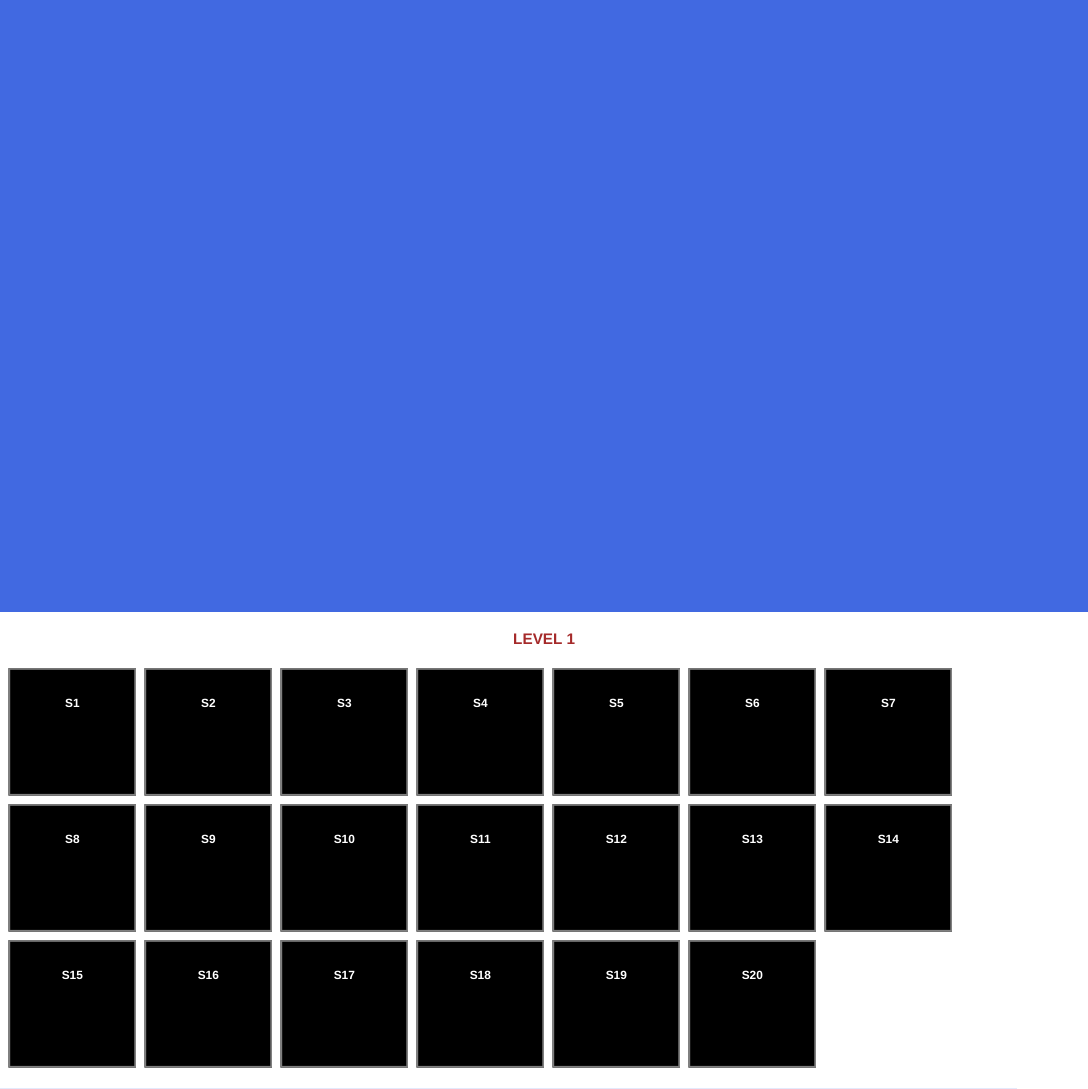
Repository: Shenba-Ps/Jsp-Servlet-B
Page: http://localhost/Test/Booking.jsp
An editor plug-in stored every save of this project. The page is shown before and after the next save, followed by the edit.
The browser window is 1280 px wide. The pictures show the whole page, at 85% of full size.
The page is served by Tomcat 9. Other server files are loaded and not shown.

Above is the page before, as saved 2023-06-15 13:21:47.

### Test/src/main/webapp/Booking.jsp
<!DOCTYPE HTML><%@page language="java"
	contentType="text/html; charset=ISO-8859-1" pageEncoding="ISO-8859-1"%>
<html>
<head>
<title>Booking</title>
<meta http-equiv="Content-Type" content="text/html; charset=ISO-8859-1">
<link rel="stylesheet" href="Plugins/Boostrap.css">
<link rel="stylesheet" href="Script/Common.css">
<script src="Plugins/jQuery.js"></script>
<script src="Plugins/bootstrap.js"></script>
<script src="Script/Booking.js"></script>
</head>
<body>
	<div style="height: 100vh; background-color: #4169E1;"></div>
	<div>
		<div class="Level1">
			<div class="Title form-group" style="text-align: center;">LEVEL
				1</div>
			<div class="row">
				<div class="col-md-2 Slot Free">
					<div class="SlotName">S1</div>
				</div>
				<div class="col-md-2 Slot Free">
					<div class="SlotName">S2</div>
				</div>
				<div class="col-md-2 Slot Free">
					<div class="SlotName">S3</div>
				</div>
				<div class="col-md-2 Slot Free">
					<div class="SlotName">S4</div>
				</div>
				<div class="col-md-2 Slot Free">
					<div class="SlotName">S5</div>
				</div>
				<div class="col-md-2 Slot Free">
					<div class="SlotName">S6</div>
				</div>
				<div class="col-md-2 Slot Free">
					<div class="SlotName">S7</div>
				</div>
				<div class="col-md-2 Slot Free">
					<div class="SlotName">S8</div>
				</div>
				<div class="col-md-2 Slot Free">
					<div class="SlotName">S9</div>
				</div>
				<div class="col-md-2 Slot Free">
					<div class="SlotName">S10</div>
				</div>
				<div class="col-md-2 Slot Free">
					<div class="SlotName">S11</div>
				</div>
				<div class="col-md-2 Slot Free">
					<div class="SlotName">S12</div>
				</div>
				<div class="col-md-2 Slot Free">
					<div class="SlotName">S13</div>
				</div>
				<div class="col-md-2 Slot Free">
					<div class="SlotName">S14</div>
				</div>
				<div class="col-md-2 Slot Free">
					<div class="SlotName">S15</div>
				</div>
				<div class="col-md-2 Slot Free">
					<div class="SlotName">S16</div>
				</div>
				<div class="col-md-2 Slot Free">
					<div class="SlotName">S17</div>
				</div>
				<div class="col-md-2 Slot Free">
					<div class="SlotName">S18</div>
				</div>
				<div class="col-md-2 Slot Free">
					<div class="SlotName">S19</div>
				</div>
				<div class="col-md-2 Slot Free">
					<div class="SlotName">S20</div>
				</div>
			</div>
		</div>
	</div>
	<!-- Modal -->
	<div class="modal fade" data-backdrop="static" id="mdlCustomerDetail"
		role="dialog">
		<div class="modal-dialog" style="width: 70%;">
			<!-- Modal content-->
			<div class="modal-content">
				<div class="modal-body">
					<div class="Title form-group" style="text-align: center;">Please
						enter your booking information</div>
					<div class="row form-group">
						<div class="col-xs-3 RightAlign">
							<label>Name</label>
						</div>
						<div class="col-xs-6">
							<input class="form-control" type="text" id="idName" name="nmName">
							<div class="ControlErrorMessage" id="errName"></div>
						</div>
					</div>
					<div class="row form-group">
						<div class="col-xs-3 RightAlign">
							<label>Address</label>
						</div>
						<div class="col-xs-6">
							<textarea class="form-control" id="idAddress" name="nmAddress"></textarea>
							<div class="ControlErrorMessage" id="errAddress"></div>
						</div>
					</div>
					<div class="row form-group">
						<div class="col-xs-3 RightAlign">
							<label>NRIC</label>
						</div>
						<div class="col-xs-6">
							<input class="form-control" type="text" id="idNRIC" name="nmNRIC">
							<div class="ControlErrorMessage" id="errNRIC"></div>
						</div>
					</div>
					<div class="row form-group">
						<div class="col-xs-3 RightAlign">
							<label>Usage Trade</label>
						</div>
						<div class="col-xs-6">
							<select class="form-control" name="UsageTrade" id="idUsageTrade">
								<option value="Credit Card Promotion">Credit Card
									Promotion</option>
								<option value="F&B">F&B</option>
								<option value="Hairdressing">Hairdressing</option>
								<option value="Clothing">Clothing</option>
								<option value="Others">Others</option>
							</select>
							<div class="ControlErrorMessage" id="errUserTrade"></div>
						</div>
					</div>
					<div class="row form-group">
						<div class="col-xs-3 RightAlign">
							<label>Others</label>
						</div>
						<div class="col-xs-6">
							<input class="form-control" type="text" id="idOthers"
								name="nmOthers">
							<div class="ControlErrorMessage" id="errOthers"></div>
						</div>
					</div>
					<div class="row form-group">
						<div class="col-xs-3 RightAlign">
							<label>Email</label>
						</div>
						<div class="col-xs-6">
							<input class="form-control" type="text" id="idEmail"
								name="nmEmail">
							<div class="ControlErrorMessage" id="errEmail"></div>
						</div>
					</div>
					<div class="row form-group">
						<div class="col-xs-3 RightAlign">
							<label>Home</label>
						</div>
						<div class="col-xs-6">
							<input class="form-control PhoneNumber" type="text"
								id="idHomeTel" name="nmHome" maxlength="8">
							<div class="ControlErrorMessage" id="errHomeTel"></div>
						</div>
					</div>
					<div class="row form-group">
						<div class="col-xs-3 RightAlign">
							<label>Office</label>
						</div>
						<div class="col-xs-6">
							<input class="form-control PhoneNumber" type="text"
								id="idOfficeTel" name="nmOffice" maxlength="8">
							<div class="ControlErrorMessage" id="errOfficeTel"></div>
						</div>
					</div>
					<div class="row form-group">
						<div class="col-xs-3 RightAlign">
							<label>Mobile</label>
						</div>
						<div class="col-xs-6">
							<input class="form-control PhoneNumber" type="text" id="idMobile"
								name="nmMobile" maxlength="8">
							<div class="ControlErrorMessage" id="errMobile"></div>
						</div>
					</div>
					<div class="row form-group">
						<div class="col-xs-3 RightAlign">
							<label>Booking Date</label>
						</div>
						<div class="col-xs-6">
							<input class="form-control" type="date" id="idBookingDate"
								name="nmBookingDate">
							<div class="ControlErrorMessage" id="errBookingDate"></div>
						</div>
					</div>
				</div>
				<div class="modal-footer">
					<button type="button" class="btn btn-primary"
						onclick="onclickBookSlot()">Book Slot</button>
					<button type="button" class="btn btn-primary" id="btnBookSlot"
						style="display: none;"></button>
					<div class="ControlErrorMessage" id="errBookingSlot"></div>
				</div>
			</div>
		</div>
	</div>
	</div>
</body>
</html>

### Test/src/main/webapp/Script/Common.css
.Title {
	font-size: 18px;
	color: brown;
	font-weight: bold;
}

.RightAlign {
	text-align: center;
}

.ControlError {
	border: 2px solid red;
}

.ControlErrorMessage {
	color: red;
	font-weight: 600;
}

.Level1 {
	padding: 20px;
}

.Slot {
	border: 2px solid gray;
	margin: 5px;
	height: 150px;
	width: 150px;
}

.Free {
	background-color: black;
	color: white;
	font-weight: 600;
	text-align: center;
}

.SlotName {
	height: 100%;
	padding-top: 25%;
}

.Booked {
	background-color: gray;
	color: white;
	font-weight: 600;
	text-align: center;
}

### Test/src/main/webapp/Script/Booking.js
$(function() {
	//OpenCustomerDetail();
});

function OpenCustomerDetail() {
	$('#mdlCustomerDetail').modal('show');
}

function onclickBookSlot() {
	$('#idName').removeClass("ControlError");
	$('#errName').hide();
	$('#idAddress').removeClass("ControlError");
	$('#errAddress').hide();
	$('#idNRIC').removeClass("ControlError");
	$('#errNRIC').hide();
	$('#idUsageTrade').removeClass("ControlError");
	$('#errUsageTrade').hide();
	$('#idOthers').removeClass("ControlError");
	$('#errOthers').hide();
	$('#idEmail').removeClass("ControlError");
	$('#errEmail').hide();
	$('#idHomeTel').removeClass("ControlError");
	$('#errHomeTel').hide();
	$('#idNOfficeTel').removeClass("ControlError");
	$('#errOfficeTel').hide();
	$('#idMobile').removeClass("ControlError");
	$('#errMobile').hide();
	$('#idBookingDate').removeClass("ControlError");
	$('#errBookingDate').hide();
	if ($('#idName').val() == "") {
		$('#idName').addClass("ControlError");
		$('#errName').html("* Please enter your name");
		$('#errName').show();
	}
	if ($('#idAddress').val() == "") {
		$('#idAddress').addClass("ControlError");
		$('#errAddress').html("* Please enter your address");
		$('#errAddress').show();
	}
	if ($('#idNRIC').val() == "") {
		$('#idNRIC').addClass("ControlError");
		$('#errNRIC').html("* Please enter your NRIC");
		$('#errNRIC').show();
	}
	if ($('#idUsageTrade').val() == "") {
		$('#idUsageTrade').addClass("ControlError");
		$('#errUsageTrade').html("* Please select usage trade");
		$('#errUsageTrade').show();
	}
	if ($('#idOthers').val() == "") {
		$('#idOthers').addClass("ControlError");
		$('#errOthers').html("* Please enter usage trade details");
		$('#errOthers').show();
	}
	if ($('#idEmail').val() == "") {
		$('#idEmail').addClass("ControlError");
		$('#errEmail').html("* Please enter your email");
		$('#errEmail').show();
	}
	if ($('#idHomeTel').val() == "") {
		$('#idHomeTel').addClass("ControlError");
		$('#errHomeTel').html("* Please enter your home number");
		$('#errHomeTel').show();
	}
	if ($('#idOfficeTel').val() == "") {
		$('#idOfficeTel').addClass("ControlError");
		$('#errOfficeTel').html("* Please enter your office number");
		$('#errOfficeTel').show();
	}
	if ($('#idMobile').val() == "") {
		$('#idMobile').addClass("ControlError");
		$('#errMobile').html("* Please enter your mobile number");
		$('#errMobile').show();
	}
	if ($('#idBookingDate').val() == "") {
		$('#idBookingDate').addClass("ControlError");
		$('#errBookingDate').html("* Please select booking date");
		$('#errBookingDate').show();
	}
}

Loaded but not shown: Test/src/main/webapp/Plugins/Boostrap.css (library); Test/src/main/webapp/Plugins/jQuery.js (library); Test/src/main/webapp/Plugins/bootstrap.js (library)

After the next save:
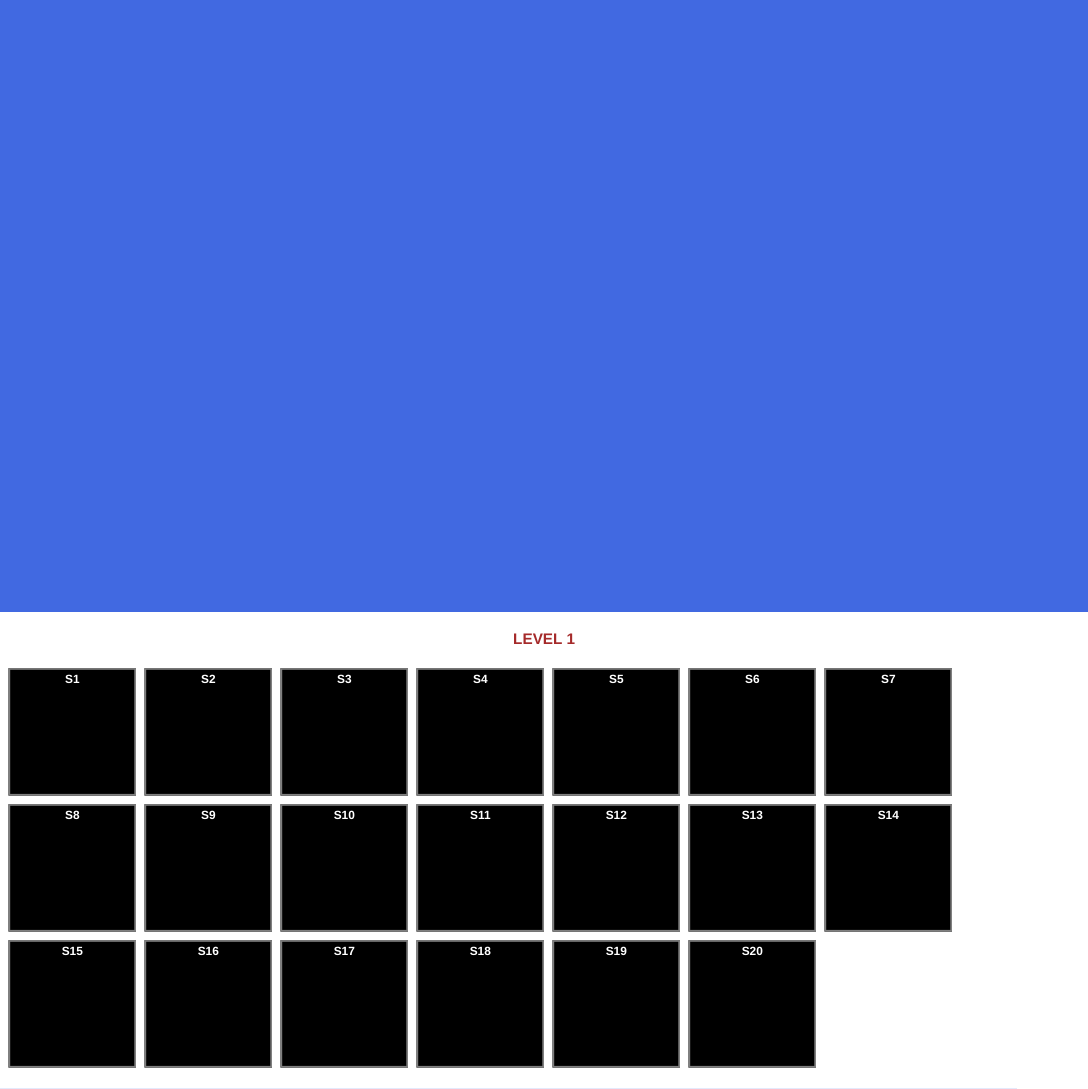
Saved 20 s later.
--- a/Test/src/main/webapp/Script/Common.css
+++ b/Test/src/main/webapp/Script/Common.css
@@ -35,10 +35,7 @@
 	text-align: center;
 }
 
-.SlotName {
-	height: 100%;
-	padding-top: 25%;
-}
+
 
 .Booked {
 	background-color: gray;

After the save that followed:
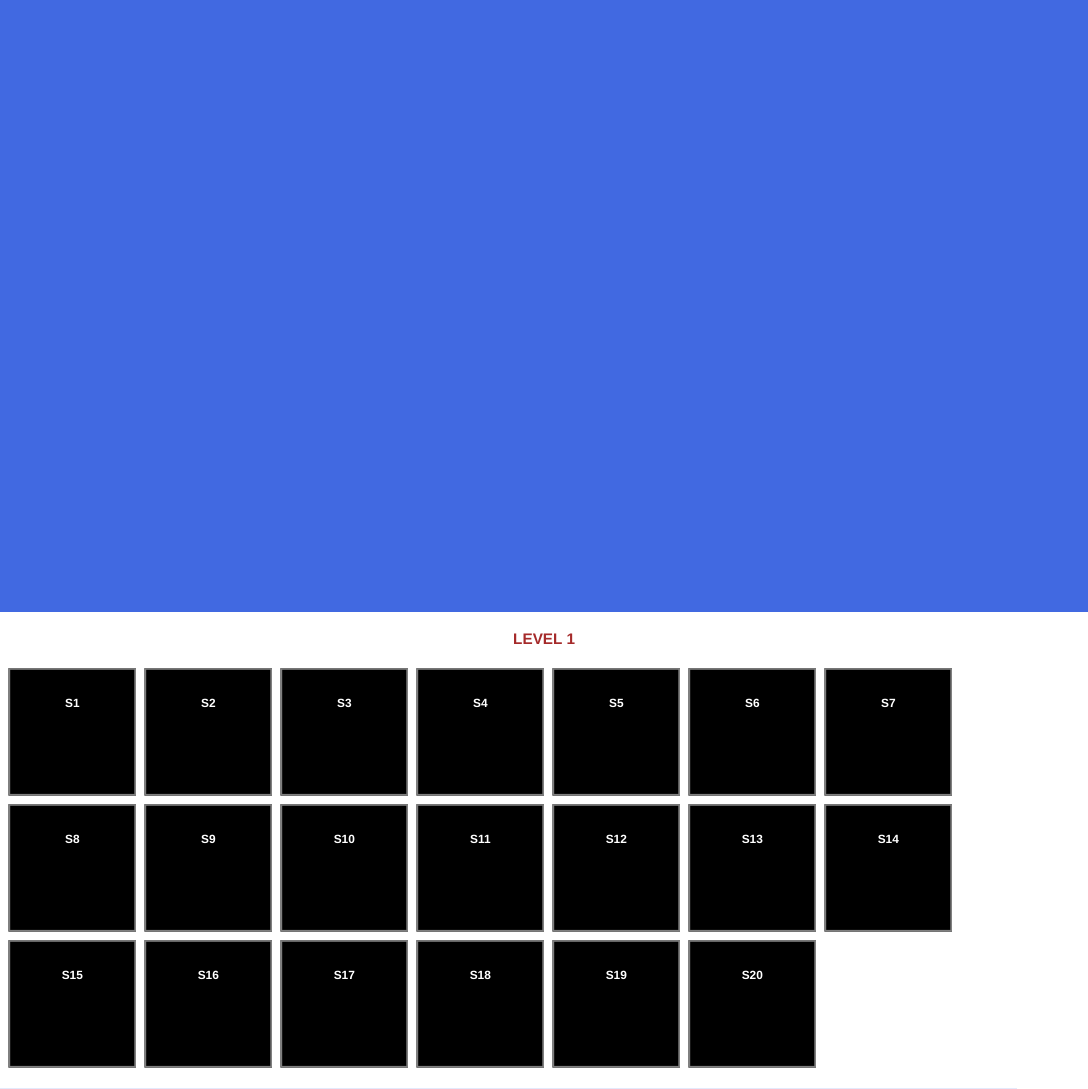
Saved 8 s later.
--- a/Test/src/main/webapp/Script/Common.css
+++ b/Test/src/main/webapp/Script/Common.css
@@ -35,7 +35,10 @@
 	text-align: center;
 }
 
-
+.SlotName {
+	height: 100%;
+	padding-top: 25%;
+}
 
 .Booked {
 	background-color: gray;
